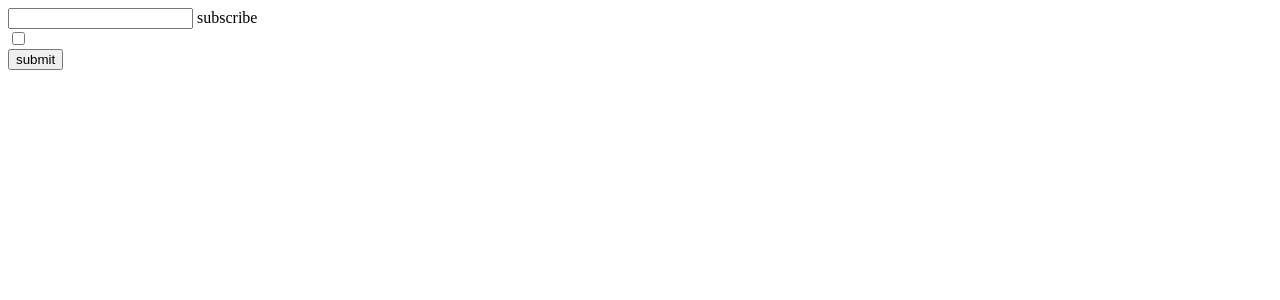
Repository: albinsabu2023/Stopwatch-program
Page: index.html
These files come from the project's save history. The page is drawn as it stood at one moment and after the next save; the edit follows.
The browser window is 1280 px wide. The pictures show the whole page.

Above is the page before, as saved 2023-03-02 21:47:42.

### index.html
<!DOCTYPE html>
<html lang="en">
<head>
    <meta charset="UTF-8">
    <meta http-equiv="X-UA-Compatible" content="IE=edge">
    <meta name="viewport" content="width=device-width, initial-scale=1.0">
    <link rel="stylesheet" href="style.css">
    <title>Document</title>
</head>
<input>
    <label for="check">subscribe</label><br>
    <input type="checkbox" id="check" ></input><br>
    <button id="button"> submit</button>
    <script src="index.js"></script>
</body>
</html>

### index.js
//TYPE CONVERSION
//z = String(3.2); //tostring
/// w = Number("3"); //to number
// t = Boolen(""); //by default is false

//CONSTANTS

// const PI = 3.1452; //pi will never changed
// let r;
// let peri;
// r = prompt("enter the radius");
// a = Number(r);
// peri = 2 * PI * a;
// console.log(peri);

//MATH
//provide basic mathematica; functionalities
// let x = 3.14;
// let y = 4.5;
// // let max = Math.max(x, y);
// // let min = Math.min(x, y); //x = Math.round(x); //to round up
// // x = Math.ceil(x);// to round down
// // x = Math.pow(2, 3);//Math.pow(base,expo)
// // x = Math.sqrt(25);
// let pii = Math.PI;

// console.log(pii);

// let a;
// let b;
// let c;
// a = prompt("enter a");
// a = Number(a);
// b = prompt("enter a");
// b = Number(b);
// c = Math.sqrt(Math.pow(a, 2) + Math.pow(b, 2));
// console.log(c);

//recieving from input

//html
//  <label id="alabel">Side A</label>
//     <input type="text" id="atext"><br >
//     <label id="blabel">Side B</label>
//     <input type="text" id="btext"><br>
//     <label id="clabel" >Side C</label>

//     <button type="submit" id="submit">submit</button>
//javascript
// document.getElementById("submit").onclick = function () {
//   a = document.getElementById("atext").value;
//   b = document.getElementById("btext").value;
//   a = Number(a);
//   b = Number(b);
//   c = Math.sqrt(Math.pow(a, 2) + Math.pow(b, 2));
//   document.getElementById("clabel").innerHTML = "side c" + c;
// };

//COUNTER
// let count = 0;
// document.getElementById("dec").onclick = function () {
//   count -= 1;
//   document.getElementById("countlabel").innerHTML = count;
// };
// document.getElementById("inc").onclick = function () {
//   count += 1;
//   document.getElementById("countlabel").innerHTML = count;
// };
// document.getElementById("reset").onclick = function () {
//   count = 0;

//   document.getElementById("countlabel").innerHTML = count;
// };

//RANDOM

// let x = Math.round(Math.random() * 10);
// console.log(x);
// let x=Math.floor(Math.random() *6)
// let y= Math.floor(Math.random() * 6);
// let z = Math.floor(Math.random() * 6);

//STRING
// let a="albin"
// a.length
// a.indexOf("b");
// a.charAt(0)
// a.toUpperCase()
// a.toLowerCase()
// let ph = "32-343-23";
// ph = ph.replaceAll("-", "");
// console.log(ph);
//slice()
// let n = "Albin Sabu";
// let fname = n.slice(0, n.indexOf(" "));
// console.log(fname);

//CHECKBOXXX

Loaded but not shown: style.css (no stored copy; drawn as an empty file)

After the next save:
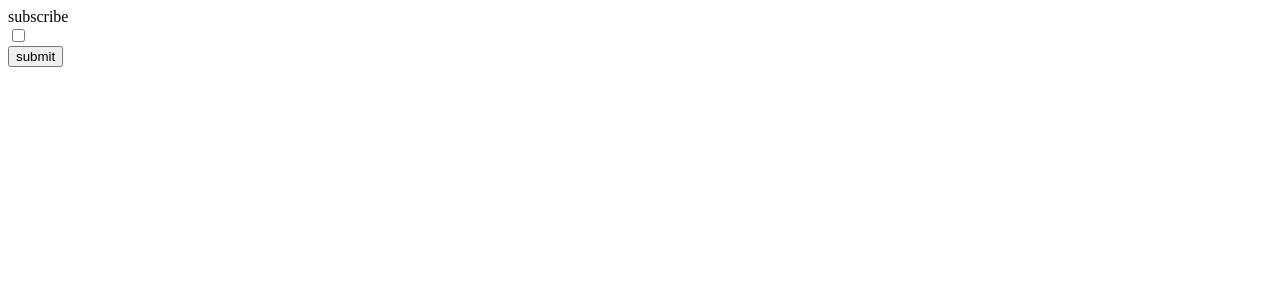
Saved 34 s later.
--- a/index.html
+++ b/index.html
@@ -7,8 +7,7 @@
     <link rel="stylesheet" href="style.css">
     <title>Document</title>
 </head>
-<input>
-    <label for="check">subscribe</label><br>
+<label for="check">subscribe</label><br>
     <input type="checkbox" id="check" ></input><br>
     <button id="button"> submit</button>
     <script src="index.js"></script>
